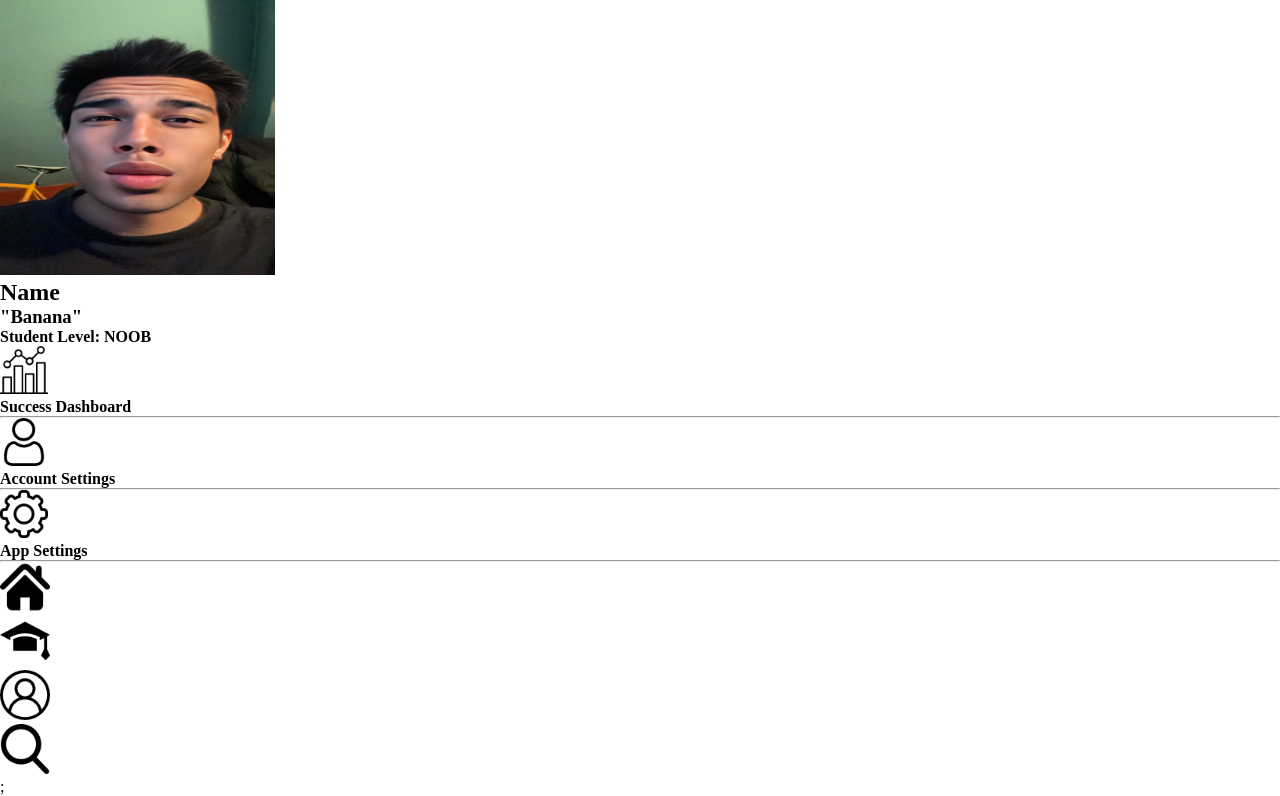
Repository: 1medi/pocketprof
Page: /Profile
These files come from the project's save history. The page is drawn as it stood at one moment and after the next save; the edit follows.
The browser window is 1280 px wide. The pictures show the whole page.
The project was rebuilt for these pictures with package versions that can differ from the ones it lists, and the page was loaded fresh each time. The framework's server and built-in components were replaced by stand-ins that run in the browser. Also part of the build but not shown: next.config.mjs, Components/Buttons/Oscar/Oscar.module.css, Components/Buttons/Oscar/index.js.

Above is the page before, as saved 2024-04-21 19:27:40.

After the next save:
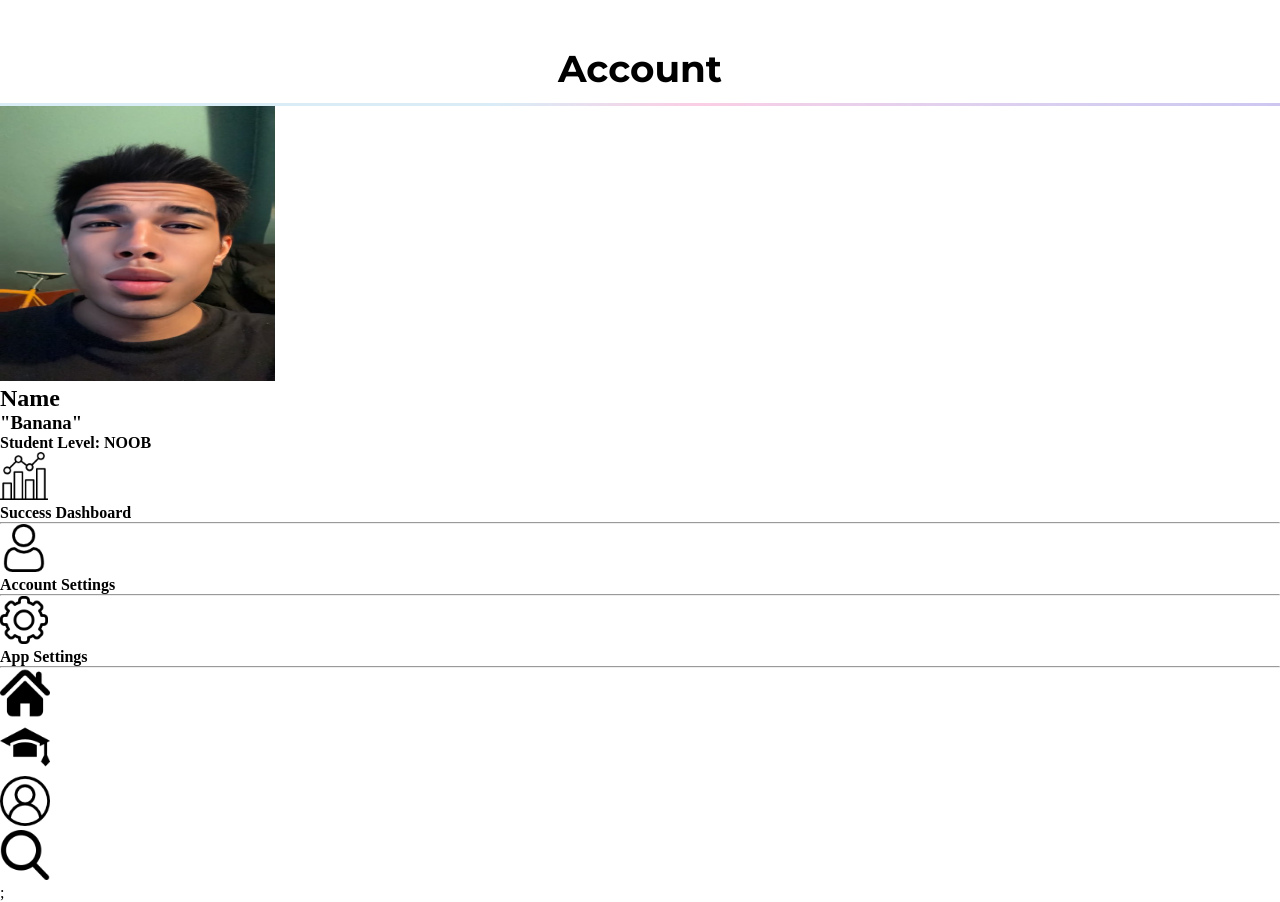
Saved 43 min 57 s later.
--- a/pages/Profile.js
+++ b/pages/Profile.js
@@ -7,6 +7,7 @@ import Image1 from "@/public/img/nature-4964153_1920.jpg"
 import Chart from "@/public/img/chart.png"
 import Profile from "@/public/img/user.png"
 import Settings from "@/public/img/settings.png"
+import Header from "@/Components/Header"
 
 const montserrat = Montserrat({
   subsets: ['latin'],
@@ -23,6 +24,7 @@ export default function Home() {
       </Head>
       <main className={`${styles.main} ${montserrat.main}`}>
         <div className={styles.container}>
+        <Header name="Account"/>
             <div className={styles.imageContainer}>
               <Image
               src={Image1}
